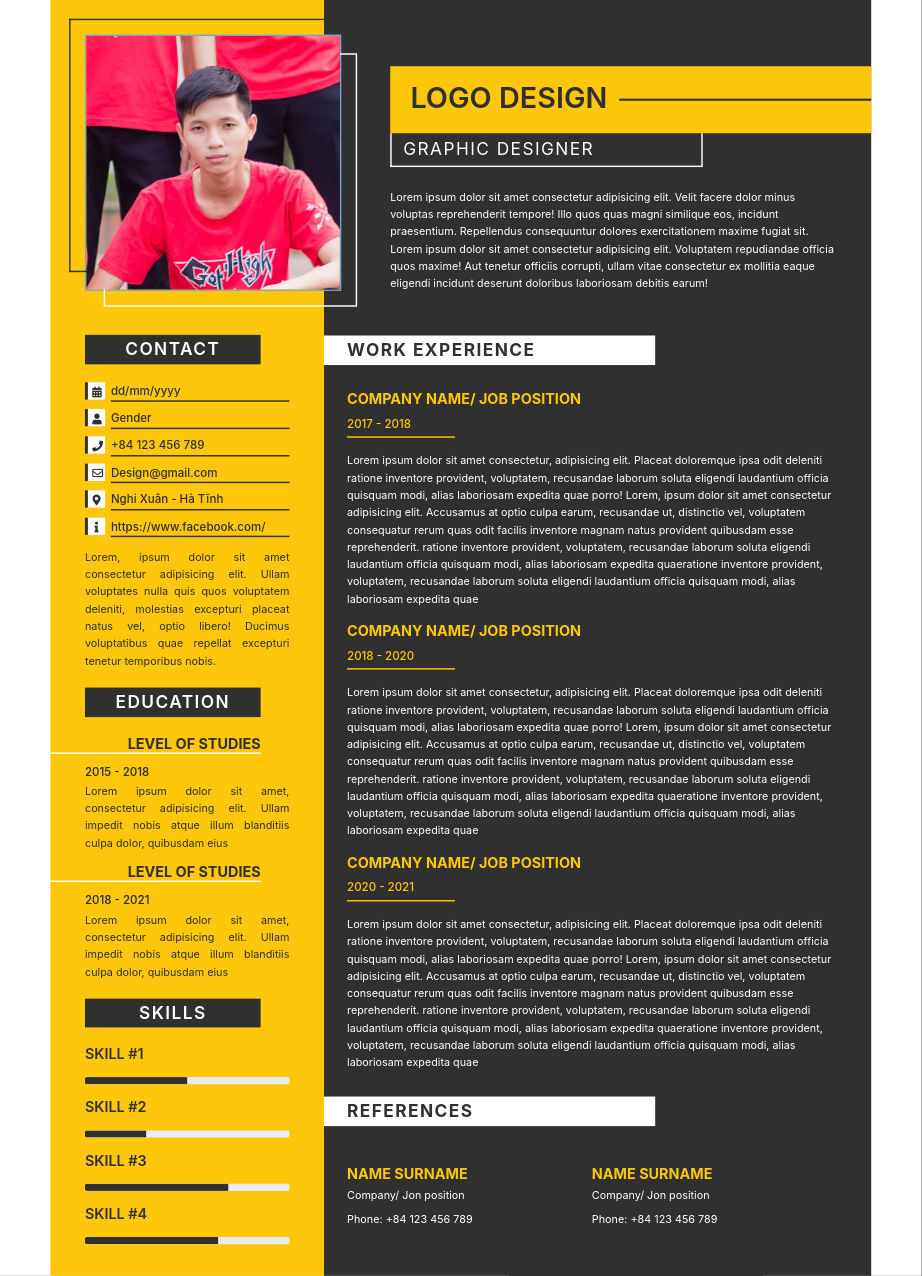
Repository: khoitadev/myCV
Page: index.html
An editor plug-in stored every save of this project. The page is shown before and after the next save, followed by the edit.
The browser window is 1280 px wide. The pictures show the whole page, at 72% of full size.
Some web libraries are served in a nearby version.

Above is the page before, as saved 2022-02-11 22:23:31.

### index.html
<!DOCTYPE html>
<html lang="en">
  <head>
    <meta charset="UTF-8" />
    <meta http-equiv="X-UA-Compatible" content="IE=edge" />
    <meta name="viewport" content="width=device-width, initial-scale=1.0" />
    <title>CV Design</title>
    <link
      rel="stylesheet"
      href="https://cdn.jsdelivr.net/npm/bootstrap@4.6.0/dist/css/bootstrap.min.css"
      integrity="sha384-B0vP5xmATw1+K9KRQjQERJvTumQW0nPEzvF6L/Z6nronJ3oUOFUFpCjEUQouq2+l"
      crossorigin="anonymous"
    />
    <link rel="preconnect" href="https://fonts.googleapis.com" />
    <link rel="preconnect" href="https://fonts.gstatic.com" crossorigin />
    <link
      href="https://fonts.googleapis.com/css2?family=Poppins:wght@400;600;700&display=swap"
      rel="stylesheet"
    />
    <link
      rel="stylesheet"
      href="https://pro.fontawesome.com/releases/v5.10.0/css/all.css"
      integrity="sha384-AYmEC3Yw5cVb3ZcuHtOA93w35dYTsvhLPVnYs9eStHfGJvOvKxVfELGroGkvsg+p"
      crossorigin="anonymous"
    />
    <link
      rel="icon"
      href="./assets/img/cv2.jpg"
      style="border-radius: 50%;"
      type="image/gif"
      sizes="16x16"
    />

    <link rel="stylesheet" href="./assets/css/style.css" />
  </head>
  <body>
    <div class="container">
      <div class="row">
        <div class="col-md-4 cv__left">
          <div class="cv__img">
            <img src="./assets/img/cv2.jpg" />
          </div>
          <div class="cv__body-left">
            <h2 class="heading__left">CONTACT</h2>
            <p class="text contact__text"><i class="fas fa-calendar-alt"></i> <span class="contact__line" >dd/mm/yyyy</span></p>
            <p class="text contact__text"><i class="fas fa-user"></i> <span class="contact__line" >Gender</span></p>
            <p class="text contact__text">
              <i class="fas fa-phone"></i> <a class="contact__line" href="tel:+84 123456789">+84 123 456 789</a>
            </p>
            <p class="text contact__text">
              <i class="far fa-envelope"></i>
              <a class="contact__line" href="mailto:trananhkhoi5657@gmail.com"
                >Design@gmail.com</a
              >
            </p>
            <p class="text contact__text">
              <i class="fas fa-map-marker-alt"></i> <span class="contact__line" >Nghi Xuân - Hà Tĩnh</span>
            </p>
            <p class="text contact__text">
              <i class="fas fa-info"></i>
              <a class="contact__line" href="https://www.facebook.com/khoiaiti"
                >https://www.facebook.com/</a
              >
            </p>
            <p class="text description">
              Lorem, ipsum dolor sit amet consectetur adipisicing elit. Ullam voluptates nulla quis quos voluptatem deleniti, molestias excepturi placeat natus vel, optio libero! Ducimus voluptatibus quae repellat excepturi tenetur temporibus nobis.
            </p>
            <h2 class="heading__left">EDUCATION</h2>
            <h3 class="edu__heading">LEVEL OF STUDIES</h3>
            <h4 class="edu__title">2015 - 2018</h4>
            <p class="text">Lorem ipsum dolor sit amet, consectetur adipisicing elit. Ullam impedit nobis atque illum blanditiis culpa dolor, quibusdam eius</p>
            <h3 class="edu__heading">LEVEL OF STUDIES</h3>
            <h4 class="edu__title">2018 - 2021</h4>
            <p class="text">Lorem ipsum dolor sit amet, consectetur adipisicing elit. Ullam impedit nobis atque illum blanditiis culpa dolor, quibusdam eius</p>

            <h2 class="heading__left">SKILLS</h2>
            <h3 class="heading__title">SKILL #1</h3>

            <div class="progress progress__line" style="height: 10px">
              <div class="progress-bar" style="width: 50%; height: 10px; background-color: #303030;"></div>
            </div>

            <h3 class="heading__title">SKILL #2</h3>

            <div class="progress progress__line" style="height: 10px">
              <div class="progress-bar" style="width: 30%; height: 10px; background-color: #303030;"></div>
            </div>

            <h3 class="heading__title">SKILL #3</h3>
            <div class="progress progress__line" style="height: 10px">
              <div class="progress-bar" style="width: 70%; height: 10px; background-color: #303030;"></div>
            </div>
            <h3 class="heading__title">SKILL #4</h3>
            <div class="progress progress__line" style="height: 10px">
              <div class="progress-bar" style="width: 65%; height: 10px; background-color: #303030;"></div>
            </div>
            <!-- <h3 class="heading__title">SKILL #5</h3>
            <div class="progress progress__line" style="height: 10px">
              <div class="progress-bar" style="width: 60%; height: 10px; background-color: #303030;"></div>
            </div> -->
          </div>
        </div>
        <div class="col-md-8 cv__right">
          <div class="cv__intro">
            <div class="name"><h2>LOGO DESIGN</h2> <span></span></div>
            <h2 class="name__des">GRAPHIC DESIGNER</h2>
            <p class="text-toright">Lorem ipsum dolor sit amet consectetur adipisicing elit. Velit facere dolor minus voluptas reprehenderit tempore! Illo quos quas magni similique eos, incidunt praesentium. Repellendus consequuntur dolores exercitationem maxime fugiat sit.
              <br>
              Lorem ipsum dolor sit amet consectetur adipisicing elit. Voluptatem repudiandae officia quos maxime! Aut tenetur officiis corrupti, ullam vitae consectetur ex mollitia eaque eligendi incidunt deserunt doloribus laboriosam debitis earum!
            </p>
            <br>
          </div>
          <h2 class="heading__right">WORK EXPERIENCE</h2>
          <h3 class="work__heading">COMPANY NAME/ JOB POSITION</h3>
          <h4 class="work__title">2017 - 2018</h4>
          <p class="text-toright">Lorem ipsum dolor sit amet consectetur, adipisicing elit. Placeat doloremque ipsa odit deleniti ratione inventore provident, voluptatem, recusandae laborum soluta eligendi laudantium officia quisquam modi, alias laboriosam expedita quae porro!
            Lorem, ipsum dolor sit amet consectetur adipisicing elit. Accusamus at optio culpa earum, recusandae ut, distinctio vel, voluptatem consequatur rerum quas odit facilis inventore magnam natus provident quibusdam esse reprehenderit. ratione inventore provident, voluptatem, recusandae laborum soluta eligendi laudantium officia quisquam modi, alias laboriosam expedita quaeratione inventore provident, voluptatem, recusandae laborum soluta eligendi laudantium officia quisquam modi, alias laboriosam expedita quae
          </p>
          <h3 class="work__heading">COMPANY NAME/ JOB POSITION</h3>
          <h4 class="work__title">2018 - 2020</h4>
          <p class="text-toright">Lorem ipsum dolor sit amet consectetur, adipisicing elit. Placeat doloremque ipsa odit deleniti ratione inventore provident, voluptatem, recusandae laborum soluta eligendi laudantium officia quisquam modi, alias laboriosam expedita quae porro!
            Lorem, ipsum dolor sit amet consectetur adipisicing elit. Accusamus at optio culpa earum, recusandae ut, distinctio vel, voluptatem consequatur rerum quas odit facilis inventore magnam natus provident quibusdam esse reprehenderit. ratione inventore provident, voluptatem, recusandae laborum soluta eligendi laudantium officia quisquam modi, alias laboriosam expedita quaeratione inventore provident, voluptatem, recusandae laborum soluta eligendi laudantium officia quisquam modi, alias laboriosam expedita quae
          </p>
          <h3 class="work__heading">COMPANY NAME/ JOB POSITION</h3>
          <h4 class="work__title">2020 - 2021</h4>
          <p class="text-toright">Lorem ipsum dolor sit amet consectetur, adipisicing elit. Placeat doloremque ipsa odit deleniti ratione inventore provident, voluptatem, recusandae laborum soluta eligendi laudantium officia quisquam modi, alias laboriosam expedita quae porro!
            Lorem, ipsum dolor sit amet consectetur adipisicing elit. Accusamus at optio culpa earum, recusandae ut, distinctio vel, voluptatem consequatur rerum quas odit facilis inventore magnam natus provident quibusdam esse reprehenderit. ratione inventore provident, voluptatem, recusandae laborum soluta eligendi laudantium officia quisquam modi, alias laboriosam expedita quaeratione inventore provident, voluptatem, recusandae laborum soluta eligendi laudantium officia quisquam modi, alias laboriosam expedita quae
          </p>
          <h2 class="heading__right">REFERENCES</h2>
          <div class="ref">
            <div class="ref-left">
              <h3 class="work__heading">NAME SURNAME</h3>
              <p class="text-toright">Company/ Jon position
              </p>
              <p class="text-toright">Phone: +84 123 456 789
              </p>
            </div>
            <div class="ref-right">
              <h3 class="work__heading">NAME SURNAME</h3>
              <p class="text-toright">Company/ Jon position
              </p>
              <p class="text-toright">Phone: +84 123 456 789
              </p>
            </div>
          </div>
        </div>
      </div>
    </div>
  </body>
</html>

### assets/css/style.css
:root {
  --primary-color: #fec70b;
  --second-color: #303030;
  --white-color: #fff;
}
* {
  margin: 0;
  padding: 0;
  box-sizing: border-box;
}
html {
  font-family: "Poppins", sans-serif;
  font-size: 62.5%;
  color: var(--white-color);
}

img {
  width: 100%;
  object-fit: cover;
}
a {
  text-decoration: none;
  display: inline-block;
  color: var(--second-color);
}
a:hover {
  color: var(--white-color);
}
p {
  font-size: 1.5rem;
  line-height: 1.6;
  color: var(--white-color);
}
i {
  position: relative;
  margin: 0 8px 0 4px;
  padding: 6px;
  background-color: var(--white-color);
  font-size: 1.5rem;
  color: var(--second-color);
  width: 2.4rem;
  height: 2.4rem;
  text-align: center;
}
i::after {
  content: "";
  display: block;
  position: absolute;
  background-color: var(--second-color);
  top: 0;
  left: -4px;
  bottom: 0;
  width: 4px;
  z-index: 1;
}
.cv__left {
  padding: 2.4rem;
  background-color: var(--primary-color);
}

.cv__img {
  position: relative;
  right: -2.4rem;
  bottom: -2.4rem;
  z-index: 1;
  text-align: right;
  margin-right: -2.4rem;
  border: 2px rgb(125, 165, 202) solid;
}
.cv__img::before {
  content: "";
  display: block;
  position: absolute;
  border-top: 2px solid var(--second-color);
  border-bottom: 2px solid var(--second-color);
  border-left: 2px solid var(--second-color);
  top: -2.4rem;
  left: -2.4rem;
  right: 0rem;
  bottom: 2.4rem;
  z-index: -1;
}
.cv__img::after {
  content: "";
  display: block;
  position: absolute;
  border: 2px solid var(--white-color);
  top: 2.4rem;
  left: 2.4rem;
  right: -2.4rem;
  bottom: -2.4rem;
  z-index: -1;
}
.cv__img img {
  min-width: 90%;
  height: auto;
}

.cv__body-left {
  padding: 6rem 2.4rem 0 2.4rem;
}

.cv__contact {
  border-bottom: 2px solid var(--second-color);
}

.heading__left {
  margin: 2.5rem 4rem 2.5rem 0;
  padding: 0.6rem;
  color: #fff;
  background-color: var(--second-color);
  max-width: 42rem;
  font-size: 2.4rem;
  font-weight: 600;
  text-align: center;
  letter-spacing: 2px;
}
.edu__heading{
  font-size: 2rem;
  text-align: end;
  border-bottom: 2px solid var(--white-color);
  margin: 1.6rem 4rem 1.6rem -4.8rem;
  color: var(--second-color);
  font-weight: 700;
}
.edu__title{
  font-size: 1.6rem;
  font-weight: 500;
}
.edu__title + .text {
  text-align: justify;
}

.cv__right {
  padding: 3.2rem 4.8rem 2rem 3.2rem;
  background-color: var(--second-color);
}
.cv__intro {
  margin-left: 6rem;
}
.name {
  display: flex;
  align-items: center;
  padding: 2rem 0 2rem 2.8rem;
  margin: 6rem -4.8rem 0 0;
  background-color: var(--primary-color);
}
.name h2 {
  color: var(--second-color);
  font-size: 4rem;
  font-weight: 600;
}
.name span {
  margin-left: 1.6rem;
  background-color: var(--second-color);
  height: 3px;
  flex: 1;
}

.name__des {
  display: inline-block;
  margin-bottom: 3rem;
  color: var(--white-color);
  font-size: 2.4rem;
  font-weight: 400;
  width: 70%;
  letter-spacing: 2px;
  padding: 0.8rem 1.6rem;
  border-right: 2px solid var(--white-color);
  border-bottom: 2px solid var(--white-color);
  border-left: 2px solid var(--white-color);
}
.heading__right {
  margin: 3.5rem 0 3.5rem -3.2rem;
  padding: 0.6rem 3.2rem;
  background-color: var(--white-color);
  color:var(--second-color);
  max-width: 46rem;
  font-size: 2.4rem;
  font-weight: 700;
  letter-spacing: 2px;
}

.heading__title {
  margin: 8px 0;
  color: var(--second-color);
  font-size: 2rem;
  font-weight: 600;
}
.work__heading{
  margin-top: 2rem;
  font-size: 2rem;
  color: var(--primary-color);
  font-weight: 700;
}
.work__title{
  margin-bottom: 2rem;
  padding: 8px 0;
  max-width: 15rem;
  font-size: 1.6rem;
  color: var(--primary-color);
  font-weight: 500;
  border-bottom: 2px solid var(--primary-color);
}
.time {
  font-size: 1.4rem;
  font-weight: 300;
}
.progress__line {
  margin: 2rem 0;
}
.interests {
  list-style: circle;
  padding-left: 2rem;
}
.text {
  font-size: 1.5rem;
  line-height: 1.6;
  color: var(--second-color);
}
.text-toright {
  color: var(--white-color);
}
.description {
  margin-top: 1.6rem;
  text-align: justify;
}
.contact__text {
  display: flex;
}
.contact__line {
  flex: 1;
  font-size: 1.6rem;
  font-weight: 500;
  border-bottom: 2px solid var(--second-color);
}
.ref {
  display: flex;
}
.ref-left, .ref-right {
  flex: 1;
}

After the next save:
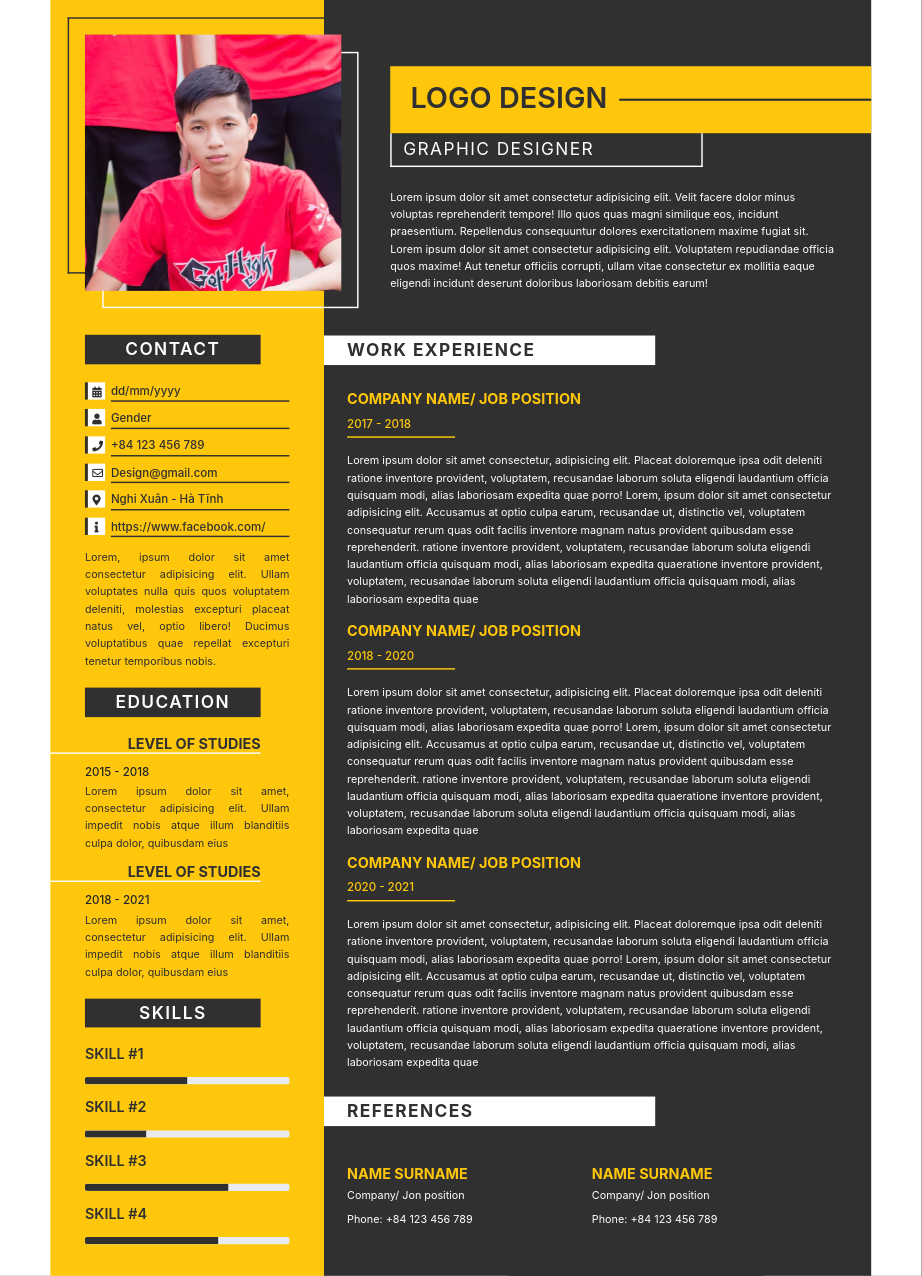
Saved 33 s later.
--- a/assets/css/style.css
+++ b/assets/css/style.css
@@ -65,7 +65,6 @@ i::after {
   z-index: 1;
   text-align: right;
   margin-right: -2.4rem;
-  border: 2px rgb(125, 165, 202) solid;
 }
 .cv__img::before {
   content: "";
